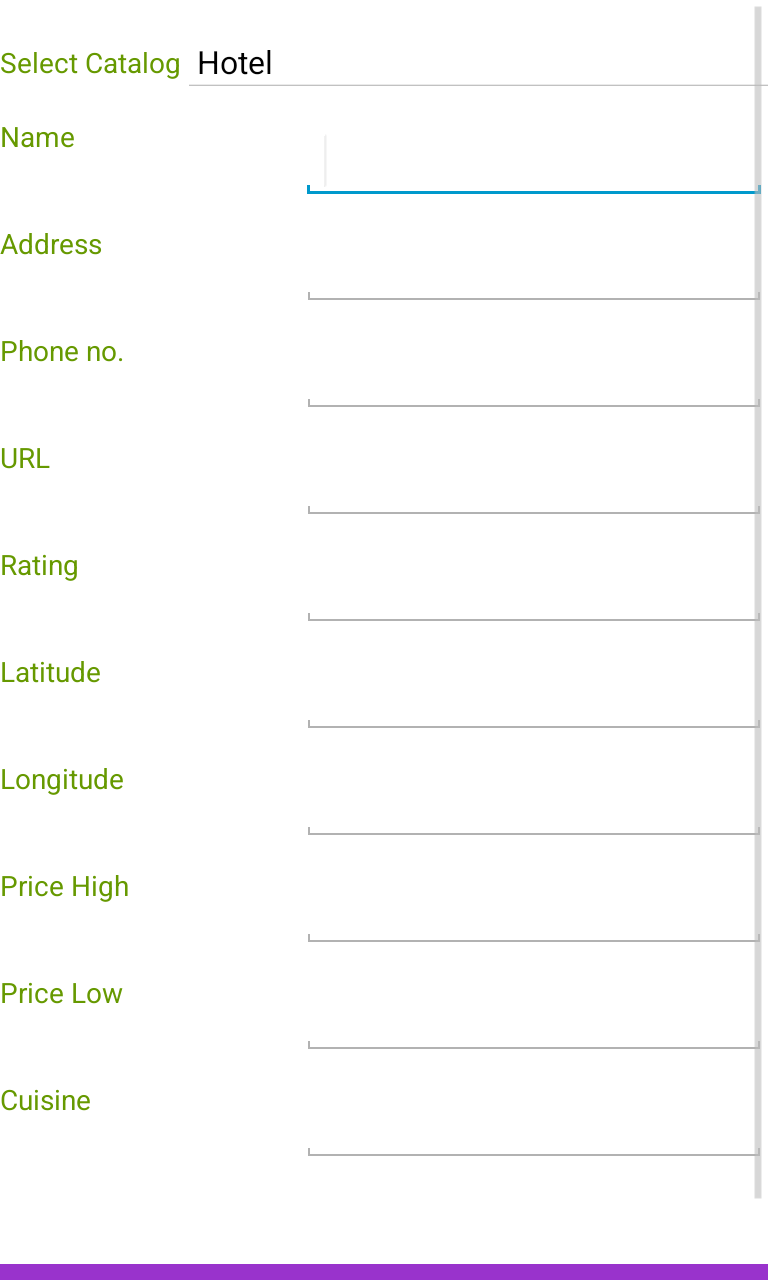
Repository: AungWinnHtut/projAndroid
Layout: com.engineer4myanmar.json.MainActivity/res/layout/activity_detail.xml
An editor plug-in stored every save of this project. The layout is shown before and after the next save, followed by the edit.
It is drawn on a 768 x 1280 px phone screen (xhdpi) without system bars, with theme AppTheme; the app's code is not run.

Above is the layout before, as saved 2015-08-29 00:09:04.

### com.engineer4myanmar.json.MainActivity/res/layout/activity_detail.xml
<LinearLayout xmlns:android="http://schemas.android.com/apk/res/android"
    xmlns:tools="http://schemas.android.com/tools"
    android:layout_width="match_parent"
    android:layout_height="match_parent"
    android:background="#fff"
    android:orientation="vertical" >

    <ScrollView
        android:id="@+id/scrollView1"
        android:layout_width="match_parent"
        android:layout_height="match_parent" >

        <LinearLayout
            android:layout_width="match_parent"
            android:layout_height="match_parent"
            android:orientation="vertical" >

            <LinearLayout
                android:layout_width="match_parent"
                android:layout_height="wrap_content"
                android:layout_marginTop="15dp"
                android:orientation="horizontal" >

                <TextView
                    android:layout_width="0dp"
                    android:layout_height="wrap_content"
                    android:layout_gravity="center"
                    android:layout_weight="1"
                    android:gravity="center"
                    android:text="Select Catalog"
                    android:textColor="#669900" />

                <Spinner
                    android:id="@+id/spCatalog"
                    android:layout_width="match_parent"
                    android:layout_height="wrap_content"
                    android:layout_gravity="center"
                    android:entries="@array/services_arrays"
                    android:gravity="center"
                    android:prompt="@string/services_prompt"
                    android:textColor="#669900" />
            </LinearLayout>

            <LinearLayout
                android:layout_width="match_parent"
                android:layout_height="wrap_content"
                android:orientation="horizontal" >

                <TextView
                    android:id="@+id/textView1"
                    android:layout_width="150dp"
                    android:layout_height="wrap_content"
                    android:text="Name"
                    android:textColor="#669900" />

                <EditText
                    android:id="@+id/etName"
                    android:layout_width="0dp"
                    android:layout_height="wrap_content"
                    android:layout_marginTop="14dp"
                    android:layout_weight="1"
                    android:ems="10"
                    android:textColor="#ffbb33" >

                    <requestFocus />
                </EditText>
            </LinearLayout>

            <LinearLayout
                android:layout_width="match_parent"
                android:layout_height="wrap_content"
                android:orientation="horizontal" >

                <TextView
                    android:id="@+id/textView2"
                    android:layout_width="150dp"
                    android:layout_height="wrap_content"
                    android:text="Address"
                    android:textColor="#669900" />

                <EditText
                    android:id="@+id/etAddress"
                    android:layout_width="0dp"
                    android:layout_height="wrap_content"
                    android:layout_marginTop="14dp"
                    android:layout_weight="1"
                    android:ems="10"
                    android:textColor="#ffbb33" />
            </LinearLayout>

            <LinearLayout
                android:layout_width="match_parent"
                android:layout_height="wrap_content"
                android:orientation="horizontal" >

                <TextView
                    android:id="@+id/textView3"
                    android:layout_width="150dp"
                    android:layout_height="wrap_content"
                    android:text="Phone no."
                    android:textColor="#669900" />

                <EditText
                    android:id="@+id/etPhone"
                    android:layout_width="0dp"
                    android:layout_height="wrap_content"
                    android:layout_marginTop="14dp"
                    android:layout_weight="1"
                    android:ems="10"
                    android:textColor="#ffbb33" />
            </LinearLayout>

            <LinearLayout
                android:layout_width="match_parent"
                android:layout_height="wrap_content"
                android:orientation="horizontal" >

                <TextView
                    android:id="@+id/textView4"
                    android:layout_width="150dp"
                    android:layout_height="wrap_content"
                    android:text="URL"
                    android:textColor="#669900" />

                <EditText
                    android:id="@+id/etUrl"
                    android:layout_width="0dp"
                    android:layout_height="wrap_content"
                    android:layout_marginTop="14dp"
                    android:layout_weight="1"
                    android:ems="10"
                    android:textColor="#ffbb33" />
            </LinearLayout>

            <LinearLayout
                android:layout_width="match_parent"
                android:layout_height="wrap_content"
                android:orientation="horizontal" >

                <TextView
                    android:id="@+id/textView5"
                    android:layout_width="150dp"
                    android:layout_height="wrap_content"
                    android:text="Rating"
                    android:textColor="#669900" />

                <EditText
                    android:id="@+id/etRating"
                    android:layout_width="0dp"
                    android:layout_height="wrap_content"
                    android:layout_marginTop="14dp"
                    android:layout_weight="1"
                    android:ems="10"
                    android:textColor="#ffbb33" />
            </LinearLayout>

            <LinearLayout
                android:layout_width="match_parent"
                android:layout_height="wrap_content"
                android:orientation="horizontal" >

                <TextView
                    android:id="@+id/textView6"
                    android:layout_width="150dp"
                    android:layout_height="wrap_content"
                    android:text="Latitude"
                    android:textColor="#669900" />

                <EditText
                    android:id="@+id/etLat"
                    android:layout_width="0dp"
                    android:layout_height="wrap_content"
                    android:layout_marginTop="14dp"
                    android:layout_weight="1"
                    android:ems="10"
                    android:textColor="#ffbb33" />
            </LinearLayout>

            <LinearLayout
                android:layout_width="match_parent"
                android:layout_height="wrap_content"
                android:orientation="horizontal" >

                <TextView
                    android:id="@+id/textView7"
                    android:layout_width="150dp"
                    android:layout_height="wrap_content"
                    android:text="Longitude"
                    android:textColor="#669900" />

                <EditText
                    android:id="@+id/etLng"
                    android:layout_width="0dp"
                    android:layout_height="wrap_content"
                    android:layout_marginTop="14dp"
                    android:layout_weight="1"
                    android:ems="10"
                    android:textColor="#ffbb33" />
            </LinearLayout>

            <LinearLayout
                android:layout_width="match_parent"
                android:layout_height="wrap_content"
                android:orientation="horizontal" >

                <TextView
                    android:id="@+id/textView10"
                    android:layout_width="150dp"
                    android:layout_height="wrap_content"
                    android:text="Price High"
                    android:textColor="#669900" />

                <EditText
                    android:id="@+id/etP2"
                    android:layout_width="0dp"
                    android:layout_height="wrap_content"
                    android:layout_marginTop="14dp"
                    android:layout_weight="1"
                    android:ems="10"
                    android:textColor="#ffbb33" />
            </LinearLayout>

            <LinearLayout
                android:layout_width="match_parent"
                android:layout_height="wrap_content"
                android:orientation="horizontal" >

                <TextView
                    android:id="@+id/textView8"
                    android:layout_width="150dp"
                    android:layout_height="wrap_content"
                    android:text="Price Low"
                    android:textColor="#669900" />

                <EditText
                    android:id="@+id/etP1"
                    android:layout_width="0dp"
                    android:layout_height="wrap_content"
                    android:layout_marginTop="14dp"
                    android:layout_weight="1"
                    android:ems="10"
                    android:textColor="#ffbb33" />
            </LinearLayout>

            <LinearLayout
                android:layout_width="match_parent"
                android:layout_height="wrap_content"
                android:orientation="horizontal" >

                <TextView
                    android:id="@+id/textView9"
                    android:layout_width="150dp"
                    android:layout_height="wrap_content"
                    android:text="Cuisine"
                    android:textColor="#669900" />

                <EditText
                    android:id="@+id/etCui"
                    android:layout_width="0dp"
                    android:layout_height="wrap_content"
                    android:layout_marginTop="14dp"
                    android:layout_weight="1"
                    android:ems="10"
                    android:textColor="#ffbb33" />
            </LinearLayout>

            <LinearLayout
                android:layout_width="match_parent"
                android:layout_height="wrap_content"
                android:layout_marginTop="50dp"
                android:orientation="horizontal" >

                <Button
                    android:layout_width="match_parent"
                    android:layout_height="wrap_content"
                    android:background="#9933cc"
                    android:onClick="funAdd"
                    android:text="Add" />
            </LinearLayout>
        </LinearLayout>
    </ScrollView>

</LinearLayout>

### com.engineer4myanmar.json.MainActivity/res/values/strings.xml
<resources>

    <string name="app_name">ExcellentService</string>
    <string name="hello_world">Hello world!</string>
    <string name="menu_settings">Settings</string>
    <string name="title_activity_main">ExcellentService</string>
    <string name="title_activity_services_menu">ExcellentService</string>
    <string name="title_activity_register">ExcellentService</string>
    <string name="title_activity_welcome">WelcomeActivity</string>
    <string name="title_activity_search">SearchActivity</string>
    <string name="services_prompt">Hotel</string>
    <string name="rating_prompt">1</string>
    <string name="cuisine_prompt">Chinese</string>
    <string name="range_prompt">1 km</string>

    <string-array name="services_arrays">
        <item>Hotel</item>
        <item>Bank</item>
        <item>Restaurant</item>
        <item>Hospital</item>
    </string-array>
    <string-array name="ratings_arrays">
        <item>1</item>
        <item>2</item>
        <item>3</item>
        <item>4</item>
        <item>5</item>
    </string-array>
    <string-array name="cuisine_arrays">
        <item>Chinese</item>
        <item>Thai</item>
        <item>Burmese</item>
        <item>Japanese</item>
    </string-array>
    <string-array name="range_arrays">
        <item>1 km</item>
        <item>2 km</item>
        <item>3 km</item>
        <item>4 km</item>
        <item>5 km</item>
    </string-array>

    <string name="title_activity_admin">AdminActivity</string>
    <string name="title_activity_search_list">SearchListActivity</string>
    <string name="title_activity_search2">Search2Activity</string>
    <string name="title_activity_detail">DetailActivity</string>

</resources>

Loaded but not shown: com.engineer4myanmar.json.MainActivity/res/values-v11/styles.xml (common file); com.engineer4myanmar.json.MainActivity/res/values-v14/styles.xml (common file); com.engineer4myanmar.json.MainActivity/res/values/styles.xml (common file)

After the next save:
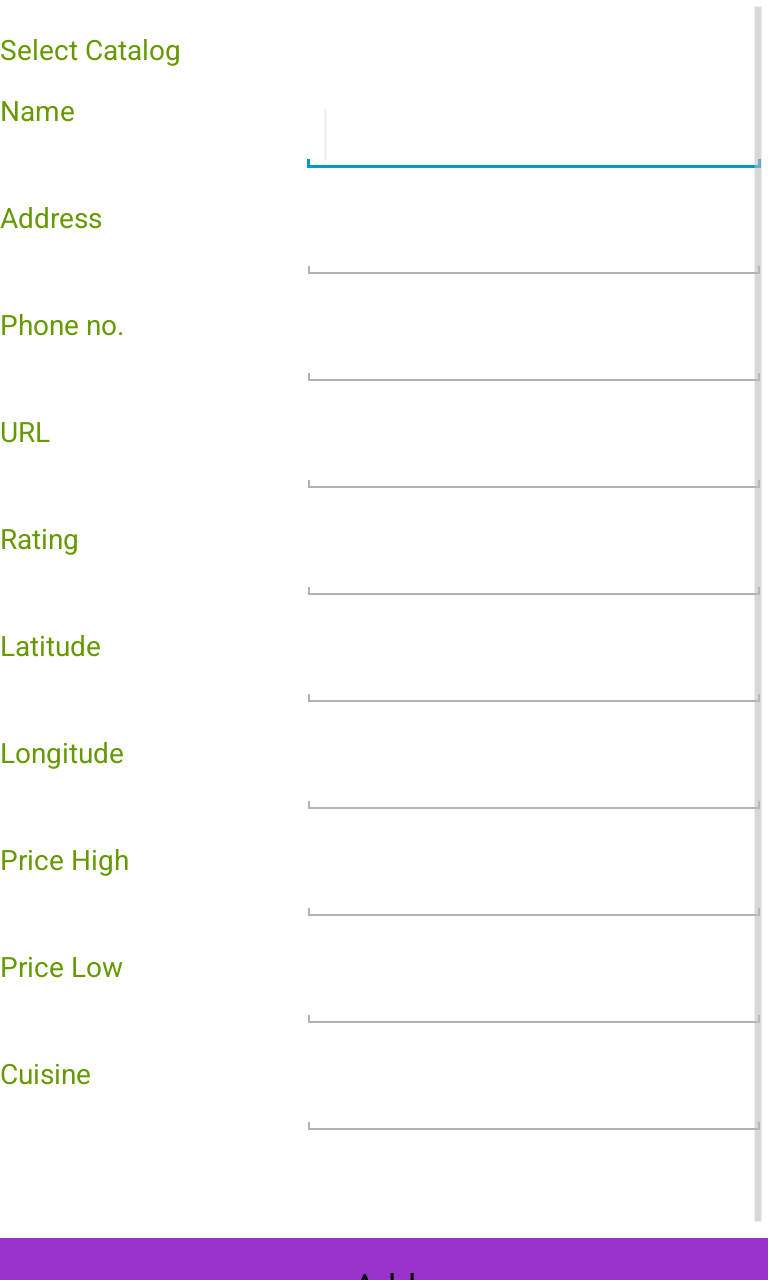
Saved 47 s later.
--- a/com.engineer4myanmar.json.MainActivity/res/layout/activity_detail.xml
+++ b/com.engineer4myanmar.json.MainActivity/res/layout/activity_detail.xml
@@ -30,8 +30,8 @@
                     android:text="Select Catalog"
                     android:textColor="#669900" />
 
-                <Spinner
-                    android:id="@+id/spCatalog"
+                <TextView
+                    android:id="@+id/txtServiceName"
                     android:layout_width="match_parent"
                     android:layout_height="wrap_content"
                     android:layout_gravity="center"
